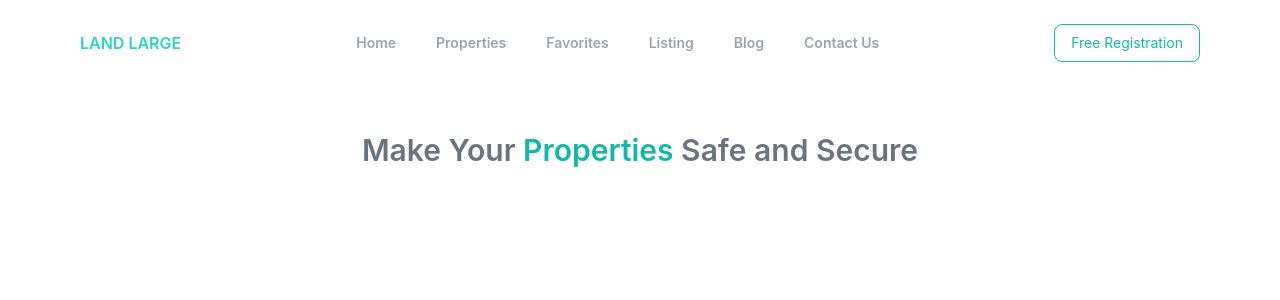
Repository: MuniruIssah/realestate
Page: /
An editor plug-in stored every save of this project. The page is shown before and after the next save, followed by the edit.
The browser window is 1280 px wide. The pictures show the whole page.
The project was rebuilt for these pictures with package versions that can differ from the ones it lists, and the page was loaded fresh each time. Also part of the build but not shown: src/App.css.

Above is the page before, as saved 2022-02-19 21:45:59.

After the next save:
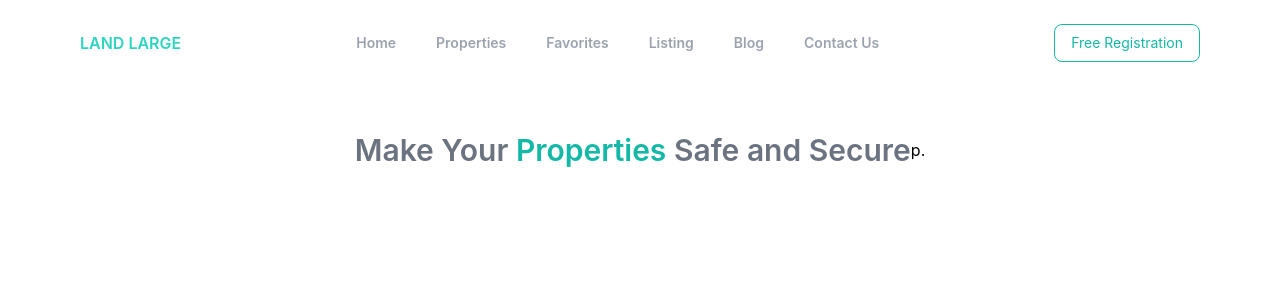
Saved 8 s later.
--- a/src/components/Jumbotron.js
+++ b/src/components/Jumbotron.js
@@ -7,6 +7,7 @@ const Jumbotron = () => {
         Make Your <span className="text-teal-500">Properties</span> Safe and
         Secure
       </span>
+      p.
     </div>
   );
 };
